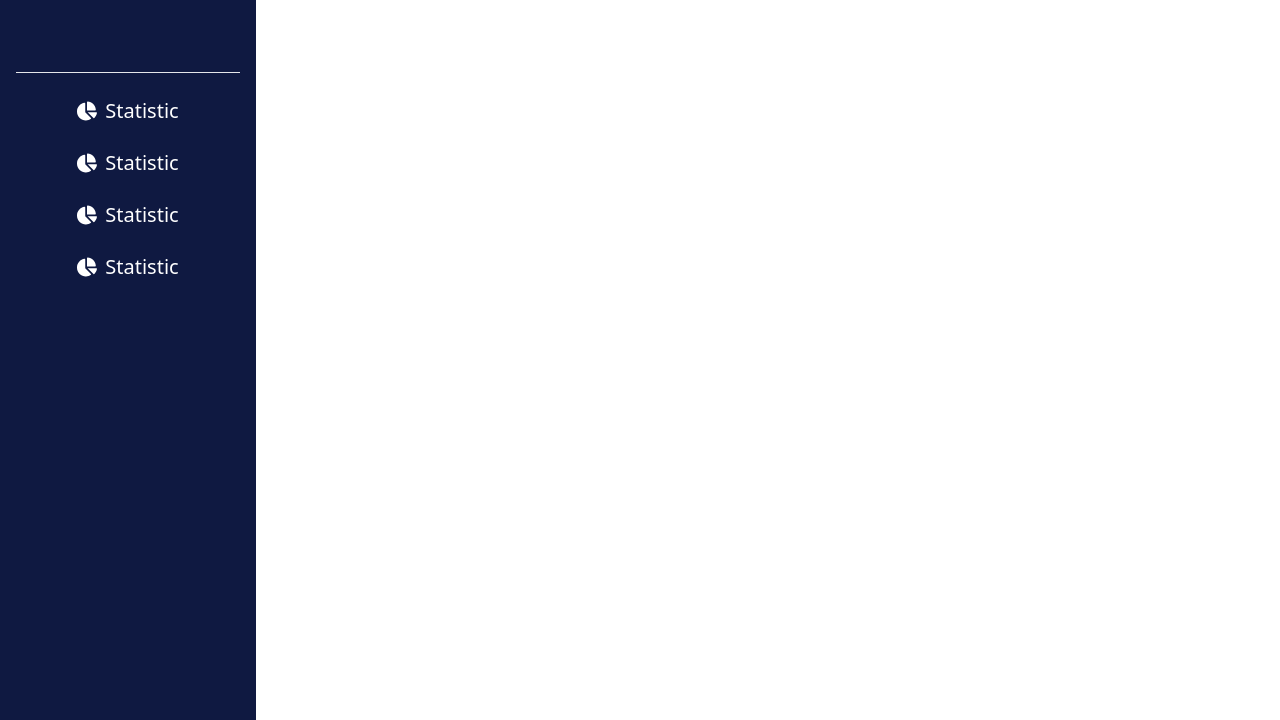
Repository: huynhvanngoan/COMP1640FE-Template
Page: /admin
The author's editor kept a copy of each file at every save. The page is drawn from the files as they stood at one save, then again after the next save.
The browser window is 1280 px wide. The pictures show the whole page.
The project was rebuilt for these pictures with package versions that can differ from the ones it lists, and the page was loaded fresh each time. Also part of the build but not shown: src/components/buttonStyles.js, src/pages/LoginPage.jsx, src/pages/admin/AdminDashboard.jsx, src/pages/student/StudentDashboard.jsx, src/pages/department/DepartmentDashboard.jsx, src/pages/marketing/MarketingDashboard.jsx, src/pages/guest/GuestDashboard.jsx.

Above is the page before, as saved 2024-03-24 00:57:34.

### src/index.js
import React from 'react';
import ReactDOM from 'react-dom/client';
import './index.css';
import App from './App';

const root = ReactDOM.createRoot(document.getElementById('root'));
root.render(
  <React.StrictMode>
      <App />
  </React.StrictMode>
)

### src/index.css
@import url('https://fonts.googleapis.com/css2?family=Inter:wght@100;200;300;400;500;600;700;800;900&display=swap');
@tailwind base;
@tailwind components;
@tailwind utilities;

### src/App.js
import React from 'react'
import { BrowserRouter as Router, Routes, Route, Navigate } from "react-router-dom";
import LoginPage from './pages/LoginPage';
import AdminDashboard from './pages/admin/AdminDashboard';
import StudentDashboard from './pages/student/StudentDashboard';
import DepartmentDashboard from './pages/department/DepartmentDashboard';
import MarketingDashboard from './pages/marketing/MarketingDashboard';
import GuestDashboard from './pages/guest/GuestDashboard';
import Layout from './pages/admin/layout';
const App = () => {


  return (
    <Router>
        <Routes>
          <Route path="/login" element={<LoginPage/>} />

          <Route path="/admin" element={<Layout />}/>

          <Route path="/student-dashboard" element={<StudentDashboard />}/>

          <Route path="/guest-dashboard" element={<GuestDashboard />}/>

          <Route path="/department-dashboard" element={<DepartmentDashboard />}/>

          <Route path="/marketing-dashboard" element={<MarketingDashboard />}/>

          {/* <Route path='/marketing-homepage' element={<MarketingHomePage  />}/> */}

          <Route path='*' element={<Navigate to="/login" />} />

        </Routes>
    </Router>
  )
}

export default App

### src/pages/admin/layout.js
import React from 'react';
import Sidebar from './Sidebar';


export default function Layout() {
  return (
    <>
        <Sidebar />
    </>
  );
}

### src/pages/admin/Sidebar.js
import React from 'react';
import { Link } from 'react-router-dom';
import { FaChartPie } from "react-icons/fa";

export default function Sidebar() {
  return (
    <div className='fixed left-0 top-0 w-64 h-full bg-[#0f1941] p-4 pt-14'>
        <div className='flex items-center'>
          <ul className='mt-4 border-t pt-4 w-full'>
            <li className='mb-2'>
              <Link to="#" className='flex w-full rounded-md justify-center items-center space-x-2 text-white px-4 py-2 text-xl hover:bg-[#080e24] '>
                <FaChartPie />
                <span>Statistic</span>
              </Link>
            </li>
            <li className='mb-2'>
              <Link to="#" className='flex w-full rounded-md justify-center items-center space-x-2 text-white px-4 py-2 text-xl hover:bg-[#080e24] '>
                <FaChartPie />
                <span>Statistic</span>
              </Link>
            </li>
            <li className='mb-2'>
              <Link to="#" className='flex w-full rounded-md justify-center items-center space-x-2 text-white px-4 py-2 text-xl hover:bg-[#080e24] '>
                <FaChartPie />
                <span>Statistic</span>
              </Link>
            </li>
            <li className='mb-2'>
              <Link to="#" className='flex w-full rounded-md justify-center items-center space-x-2 text-white px-4 py-2 text-xl hover:bg-[#080e24] '>
                <FaChartPie />
                <span>Statistic</span>
              </Link>
            </li>
          </ul>
        </div>
    </div>
  );
}

### tailwind.config.js
/** @type {import('tailwindcss').Config} */
module.exports = {
  content: [
    "./src/**/*.{js,jsx,ts,tsx}",
  ],
  theme: {
    extend: {
      fontFamily: {
        "inter": ["Inter", "sans-serif"]
      }
    },
  },
  plugins: [],
}

Loaded but not shown: public/index.html (common file)

After the next save:
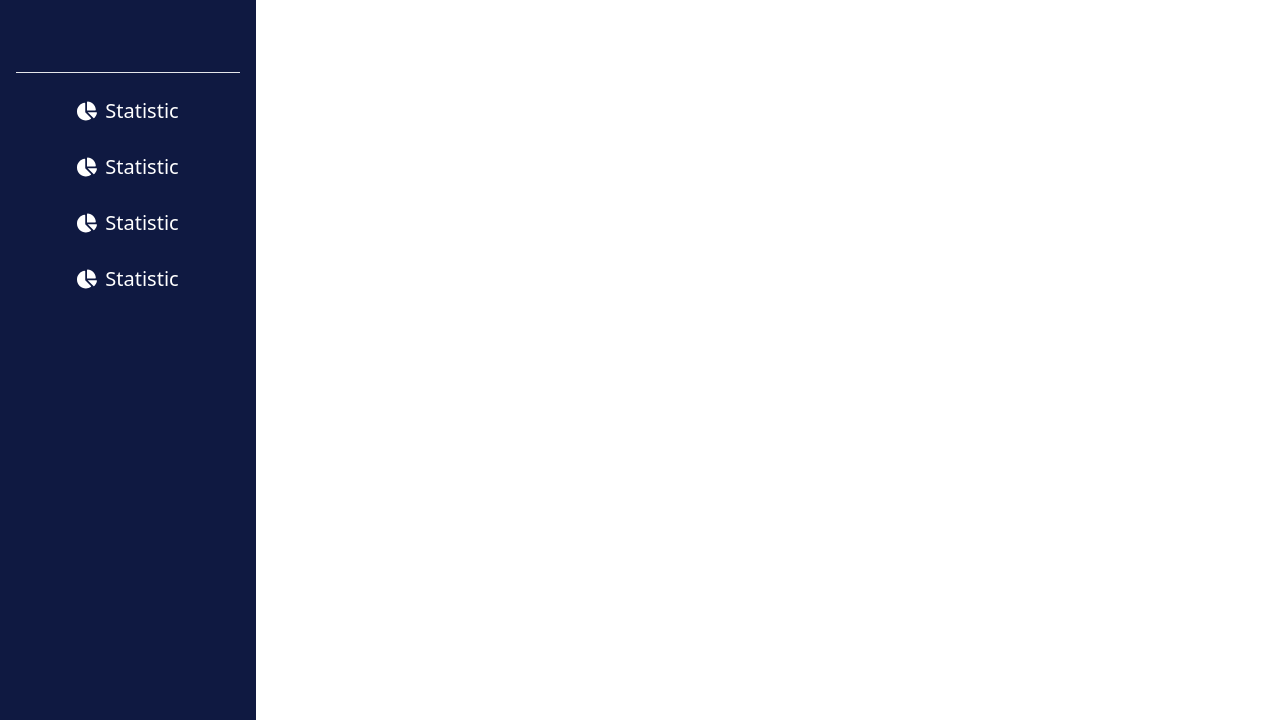
Saved 6 s later.
--- a/src/pages/admin/Sidebar.js
+++ b/src/pages/admin/Sidebar.js
@@ -7,25 +7,25 @@ export default function Sidebar() {
     <div className='fixed left-0 top-0 w-64 h-full bg-[#0f1941] p-4 pt-14'>
         <div className='flex items-center'>
           <ul className='mt-4 border-t pt-4 w-full'>
-            <li className='mb-2'>
+            <li className='mb-3'>
               <Link to="#" className='flex w-full rounded-md justify-center items-center space-x-2 text-white px-4 py-2 text-xl hover:bg-[#080e24] '>
                 <FaChartPie />
                 <span>Statistic</span>
               </Link>
             </li>
-            <li className='mb-2'>
+            <li className='mb-3'>
               <Link to="#" className='flex w-full rounded-md justify-center items-center space-x-2 text-white px-4 py-2 text-xl hover:bg-[#080e24] '>
                 <FaChartPie />
                 <span>Statistic</span>
               </Link>
             </li>
-            <li className='mb-2'>
+            <li className='mb-3'>
               <Link to="#" className='flex w-full rounded-md justify-center items-center space-x-2 text-white px-4 py-2 text-xl hover:bg-[#080e24] '>
                 <FaChartPie />
                 <span>Statistic</span>
               </Link>
             </li>
-            <li className='mb-2'>
+            <li className='mb-3'>
               <Link to="#" className='flex w-full rounded-md justify-center items-center space-x-2 text-white px-4 py-2 text-xl hover:bg-[#080e24] '>
                 <FaChartPie />
                 <span>Statistic</span>
